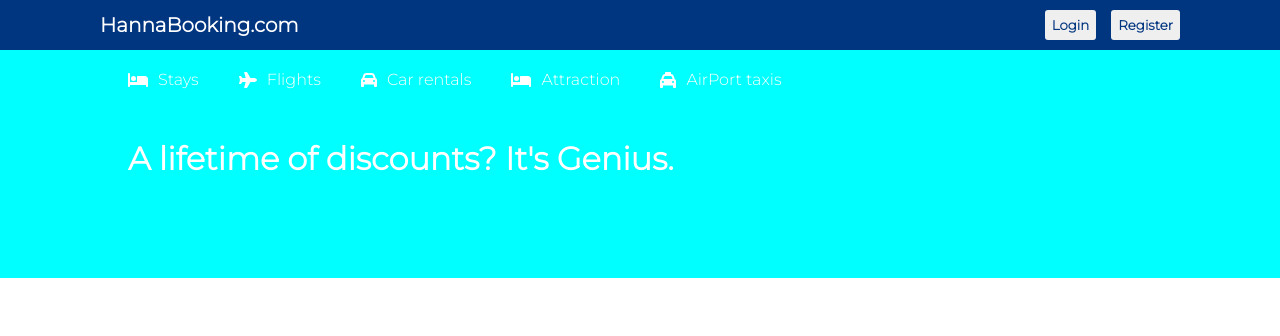
Repository: truongnguyenuit/BookingWebApp
Page: /
An editor plug-in stored every save of this project. The page is shown before and after the next save, followed by the edit.
The browser window is 1280 px wide. The pictures show the whole page.
The project was rebuilt for these pictures with package versions that can differ from the ones it lists, and the page was loaded fresh each time.

Above is the page before, as saved 2022-05-26 15:35:17.

### public/index.html
<!DOCTYPE html>
<html lang="en">
  <head>
    <meta charset="utf-8" />
    <meta name="viewport" content="width=device-width, initial-scale=1" />
    <meta
      name="description"
      content="Web site created using create-react-app"
    />
    <link
      href="https://fonts.googleapis.com/css2?family=Montserrat:wght@300&display=swap"
      rel="stylesheet"
    >
    <style>
      *{
        font-family: 'Montserrat', sans-serif;
        margin: 0;
      }
    </style>

    <title>HannaBooking</title>
  </head>
  <body>
    <noscript>You need to enable JavaScript to run this app.</noscript>
    <div id="root"></div>
  </body>
</html>

### src/App.js
import Home from "./pages/home/Home";
function App() {
  return (
    <Home />
  );
}

export default App;

### src/pages/home/Home.jsx
import React from 'react'
import Header from '../../components/header/Header';
import Navbar from '../../components/navbar/Navbar';
const Home = () => {
  return (
    <div>
      <Navbar />
      <Header />
    </div>
  )
}
export default Home;

### src/components/header/Header.jsx
import {
    faBed,
    faCalendarDays,
    faCar,
    faPerson,
    faPlane,
    faTaxi,
} from "@fortawesome/free-solid-svg-icons";
import { FontAwesomeIcon } from "@fortawesome/react-fontawesome";
import "./header.css";
// import { DateRange } from "react-date-range";
import { useState } from "react";
// import "react-date-range/dist/styles.css"; // main css file
// import "react-date-range/dist/theme/default.css"; // theme css file
// import { format } from "date-fns";
import { useNavigate } from "react-router-dom";
const Header = ({ type }) => {
    const [destination, setDestination] = useState("");
    const [openDate, setOpenDate] = useState(false);
    const [date, setDate] = useState([
        {
            startDate: new Date(),
            endDate: new Date(),
            key: "selection",
        }
    ]);
    const [openOptions, setOpenOptions] = useState(false);
    const [options, setOptions] = useState({
        adult: 1,
        children: 0,
        room: 1,
    });

    //const navigate = useNavigate();
    return (
        <div className="header">
            <div className="headerContainer">
                <div className="headerList">
                    <div className="headerListItem">
                        <FontAwesomeIcon icon={faBed} />
                        <span>Stays</span>
                    </div>
                    <div className="headerListItem">
                        <FontAwesomeIcon icon={faPlane} />
                        <span>Flights</span>
                    </div>
                    <div className="headerListItem">
                        <FontAwesomeIcon icon={faCar} />
                        <span>Car rentals</span>
                    </div>
                    <div className="headerListItem">
                        <FontAwesomeIcon icon={faBed} />
                        <span>Attraction</span>
                    </div>
                    <div className="headerListItem">
                        <FontAwesomeIcon icon={faTaxi} />
                        <span>AirPort taxis</span>
                    </div>
                </div>
                <>
                    <h1 className="HeaderTitle">
                        A lifetime of discounts? It's Genius.
                    </h1>

                </>
            </div>
        </div>
    )
}
export default Header;

### src/components/navbar/Navbar.jsx
import React from 'react'
import "./navbar.css"
const Navbar = () => {
  return (
    <div className="navbar">
      <div className="navContainer">
        <span className="logo">HannaBooking.com</span>
        <div className="navItems">
          <button className="navButton">Login</button>
          <button className="navButton">Register</button>
        </div>
      </div>
    </div>
  )
}
export default Navbar;

### src/components/header/header.css
.header {
    background-color:aqua;
    color: white;
    display: flex;
    justify-content: center;
    position: relative;
}
.headerContainer {
    width:  100%;
    max-width: 1024px;
    margin: 20px 0px 100px 0px;
}
.headerList {
    display: flex;
    gap: 40px;
    margin-bottom: 50px;
}
.headerListItem {
    display: flex;
    align-items: center;
    gap: 10px;
}

### src/components/navbar/navbar.css
.navbar {
    height: 50px;
    background-color: #003580;
    display: flex;
    justify-content: center;
}
.navContainer {
    width: 100%;
    display: flex;
    justify-content: space-between;
    align-items: center;
    padding-left: 100px;
    padding-right: 100px;
}
.logo {
    font-weight: bold;
    font-size:20px ;
    color: white;
}
/* .navItems {
    width: 10.5%;
    display: flex;
    justify-content: space-between;
} */
.navButton {
    padding: 7px;
    border: none;
    border-radius: 3px;
    font-weight: bold;
    color: #003580;
    margin-left: 15px;
}

Loaded but not shown: src/index.js (common file)

After the next save:
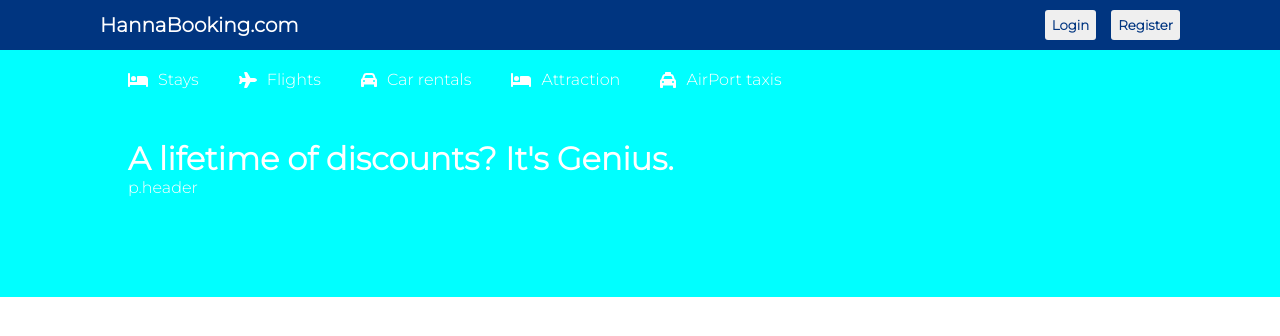
Saved 12 s later.
--- a/src/components/header/Header.jsx
+++ b/src/components/header/Header.jsx
@@ -61,7 +61,7 @@
                     <h1 className="HeaderTitle">
                         A lifetime of discounts? It's Genius.
                     </h1>
-
+                    p.header
                 </>
             </div>
         </div>

After the 2 saves that followed:
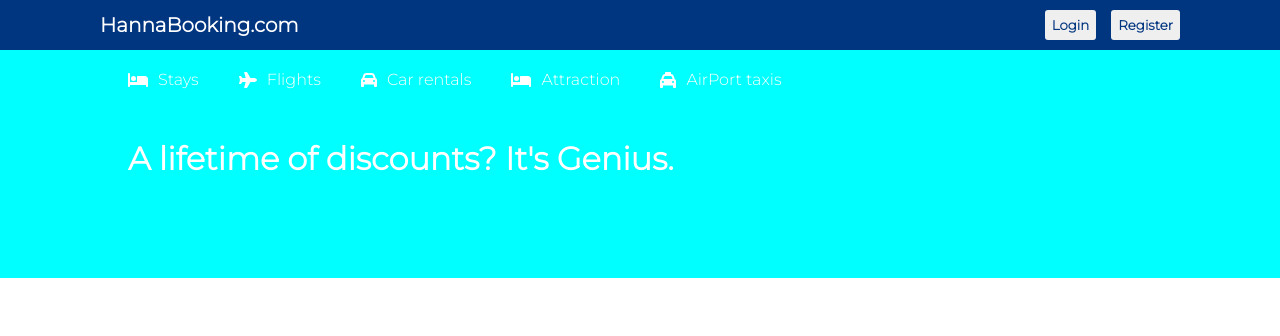
The 2 saves are shown as one change because they came seconds apart.
The last was saved 5 s later.
--- a/src/components/header/Header.jsx
+++ b/src/components/header/Header.jsx
@@ -61,7 +61,9 @@
                     <h1 className="HeaderTitle">
                         A lifetime of discounts? It's Genius.
                     </h1>
-                    p.header
+                    <p className="headerDesc">
+
+                    </p>
                 </>
             </div>
         </div>
